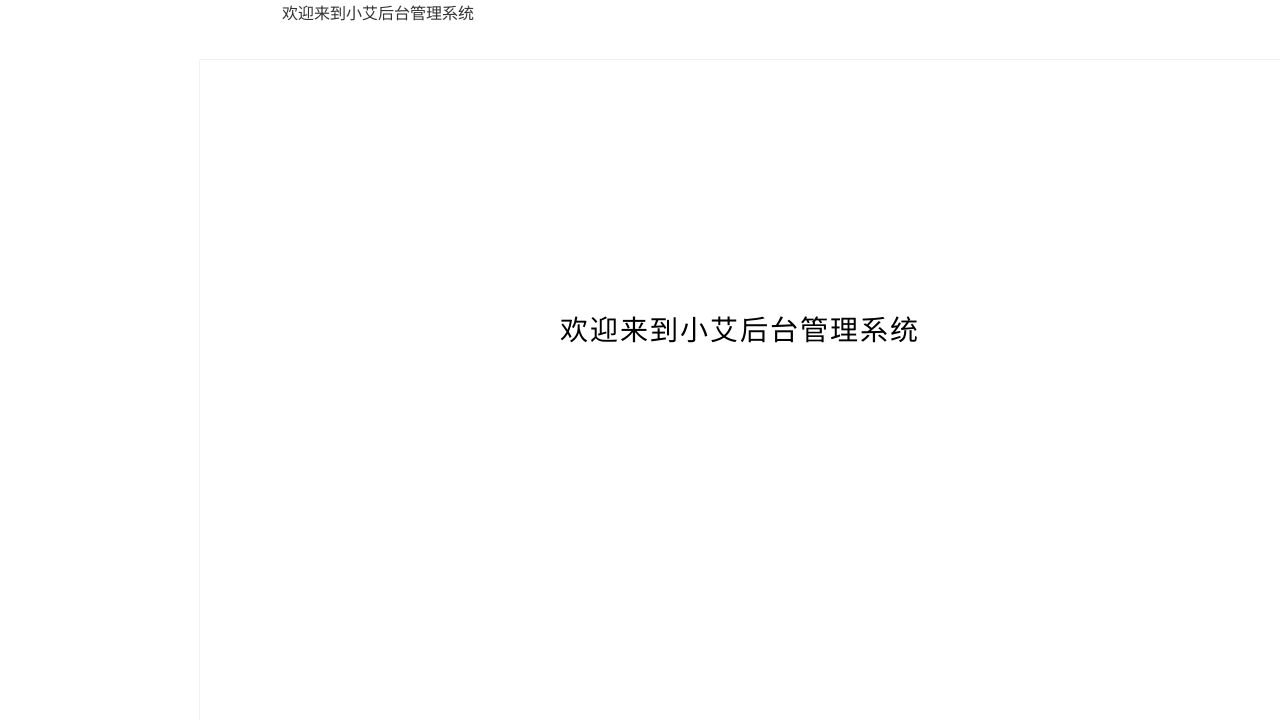
Repository: noob-injoker/router-slots-cw-ee
Page: /
An editor plug-in stored every save of this project. The page is shown before and after the next save, followed by the edit.
The browser window is 1280 px wide. The pictures show the whole page.
The page's requests for data from a server got no answer. The project was rebuilt for these pictures with package versions that can differ from the ones it lists, and the page was loaded fresh each time. No one was signed in, and anything a server would have sent is missing. Also part of the build but not shown: vue.config.js.

Above is the page before, as saved 2020-08-30 21:19:48.

After the next save:
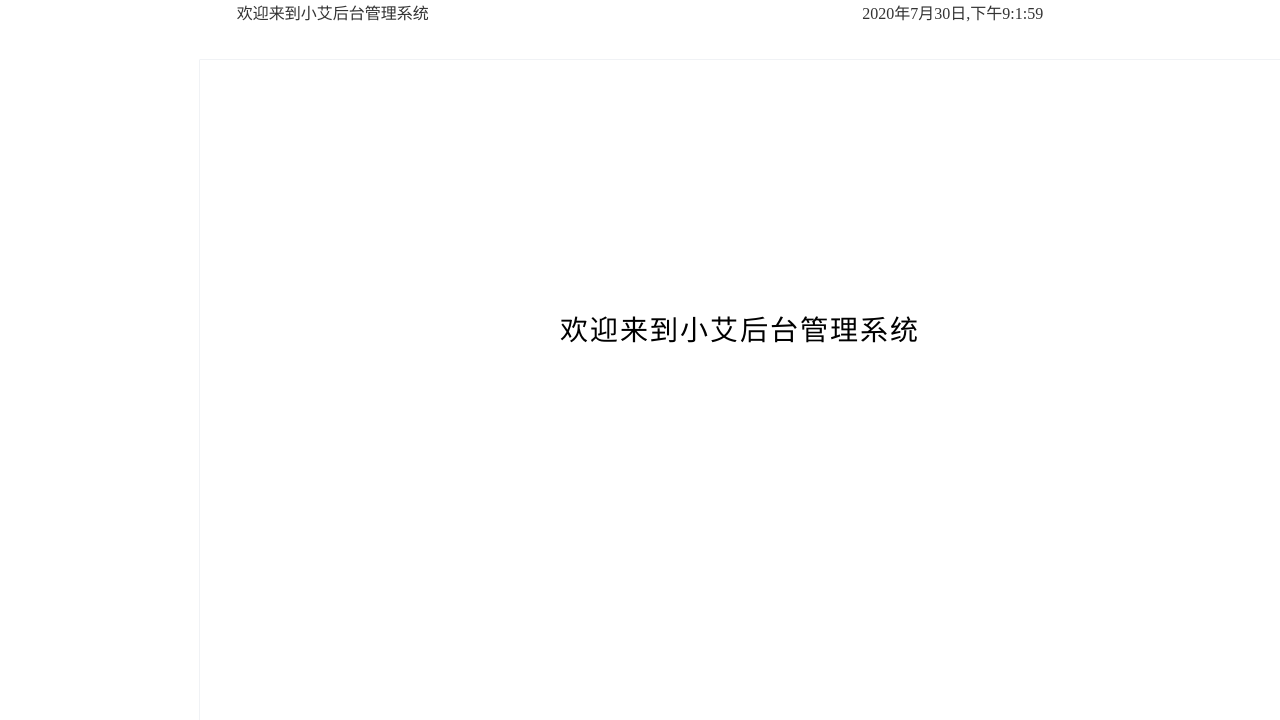
Saved 22 s later.
--- a/src/components/nav/headerNav.vue
+++ b/src/components/nav/headerNav.vue
@@ -2,7 +2,7 @@
 <div class="df j-around a-center">
   <div>欢迎来到小艾后台管理系统</div>
   <div>
-    <div v-if="data">{{year}}年{{month}}月{{day}}日,下午{{hours}}:{{minuts}}:{{secondes}}</div>
+    <div v-if="date">{{year}}年{{month}}月{{day}}日,下午{{hours}}:{{minuts}}:{{secondes}}</div>
   </div>
 </div>
 </template>
